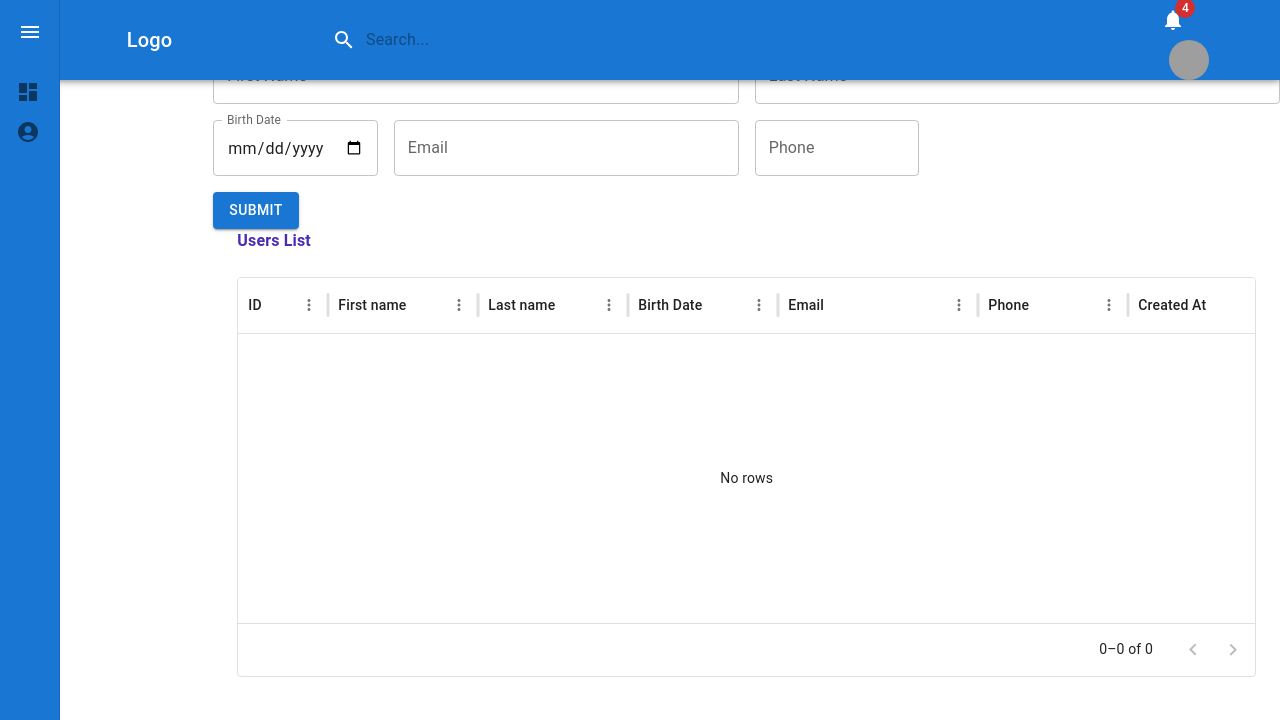
Repository: lenx0/front-client-manager
Page: /
An editor plug-in stored every save of this project. The page is shown before and after the next save, followed by the edit.
The browser window is 1280 px wide. The pictures show the whole page.
Pictures or frames that could not be fetched are drawn as grey boxes. The page's requests for data from a server got no answer. The project was rebuilt for these pictures with package versions that can differ from the ones it lists, and the page was loaded fresh each time. No one was signed in, and anything a server would have sent is missing. Also part of the build but not shown: vite.config.js, src/App.css.

Above is the page before, as saved 2024-06-25 12:51:12.

After the next save:
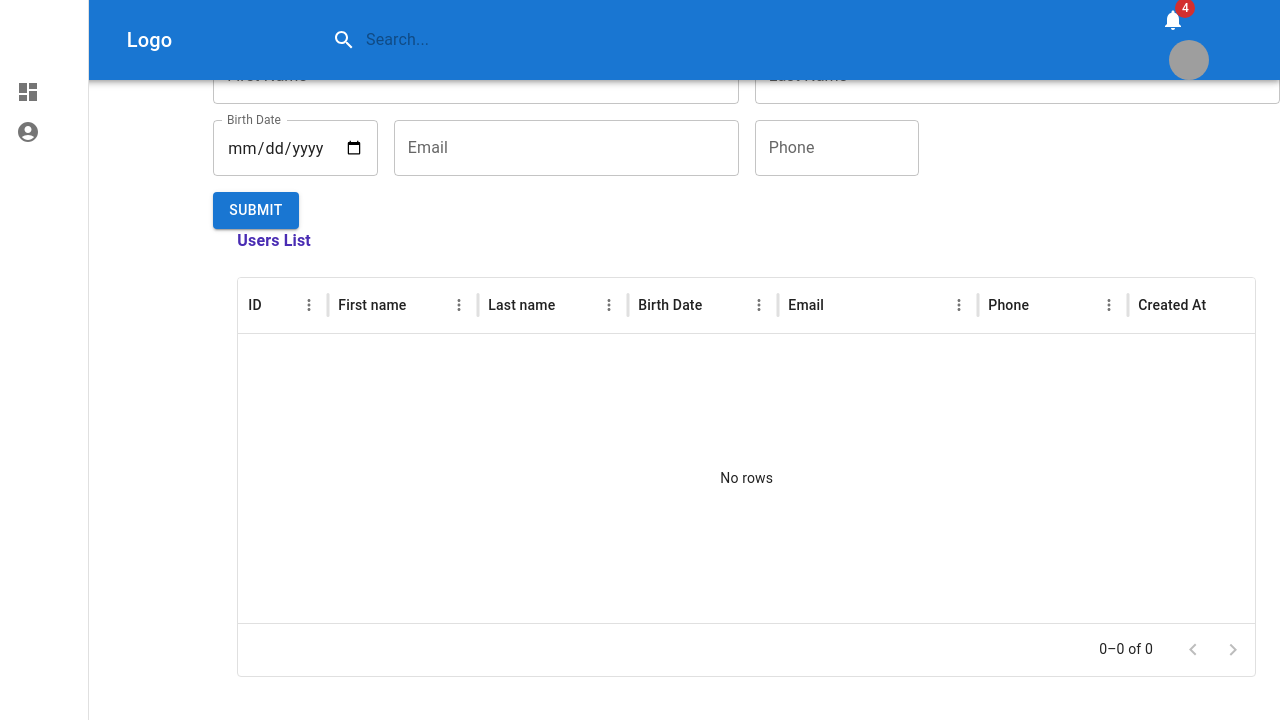
Saved 57 s later.
--- a/src/components/Layout/Sidebar.jsx
+++ b/src/components/Layout/Sidebar.jsx
@@ -16,7 +16,7 @@
   return (
     <Drawer
       variant="permanent"
-      sx={{
+      style={{
         width: open ? 240 : 60,
         flexShrink: 0,
         transition: 'width 3.3s ease-in-out',

After the save that followed:
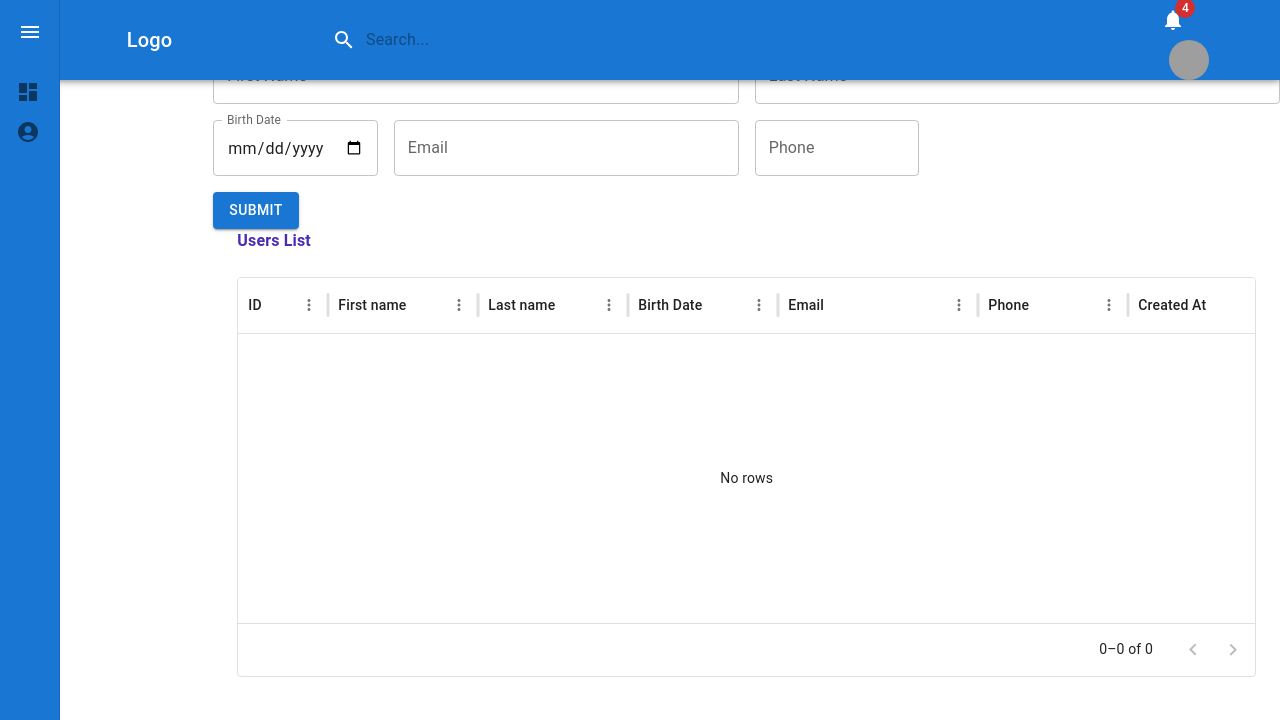
Saved 6 s later.
--- a/src/components/Layout/Sidebar.jsx
+++ b/src/components/Layout/Sidebar.jsx
@@ -16,7 +16,7 @@
   return (
     <Drawer
       variant="permanent"
-      style={{
+      sx={{
         width: open ? 240 : 60,
         flexShrink: 0,
         transition: 'width 3.3s ease-in-out',
